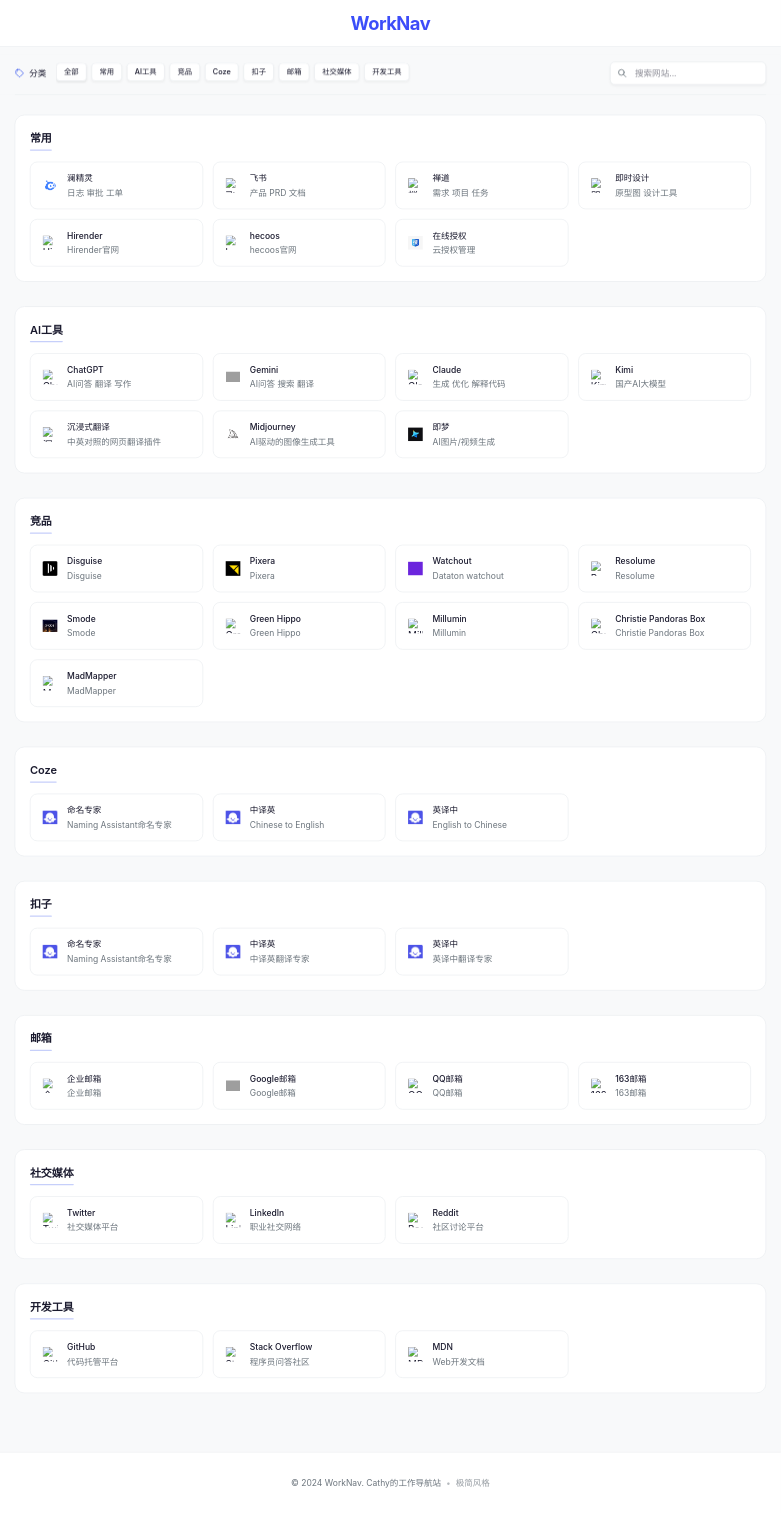
Repository: SweetPomelo0/WorkNav
Page: /
These files come from the project's save history. The page is drawn as it stood at one moment and after the next save; the edit follows.
The browser window is 1280 px wide. The pictures show the whole page, at 61% of full size.
Pictures or frames that could not be fetched are drawn as grey boxes. The project was rebuilt for these pictures with package versions that can differ from the ones it lists, and the page was loaded fresh each time. The framework's server and built-in components were replaced by stand-ins that run in the browser. Also part of the build but not shown: next.config.ts.

Above is the page before, as saved 2025-07-26 23:00:00.

After the next save:
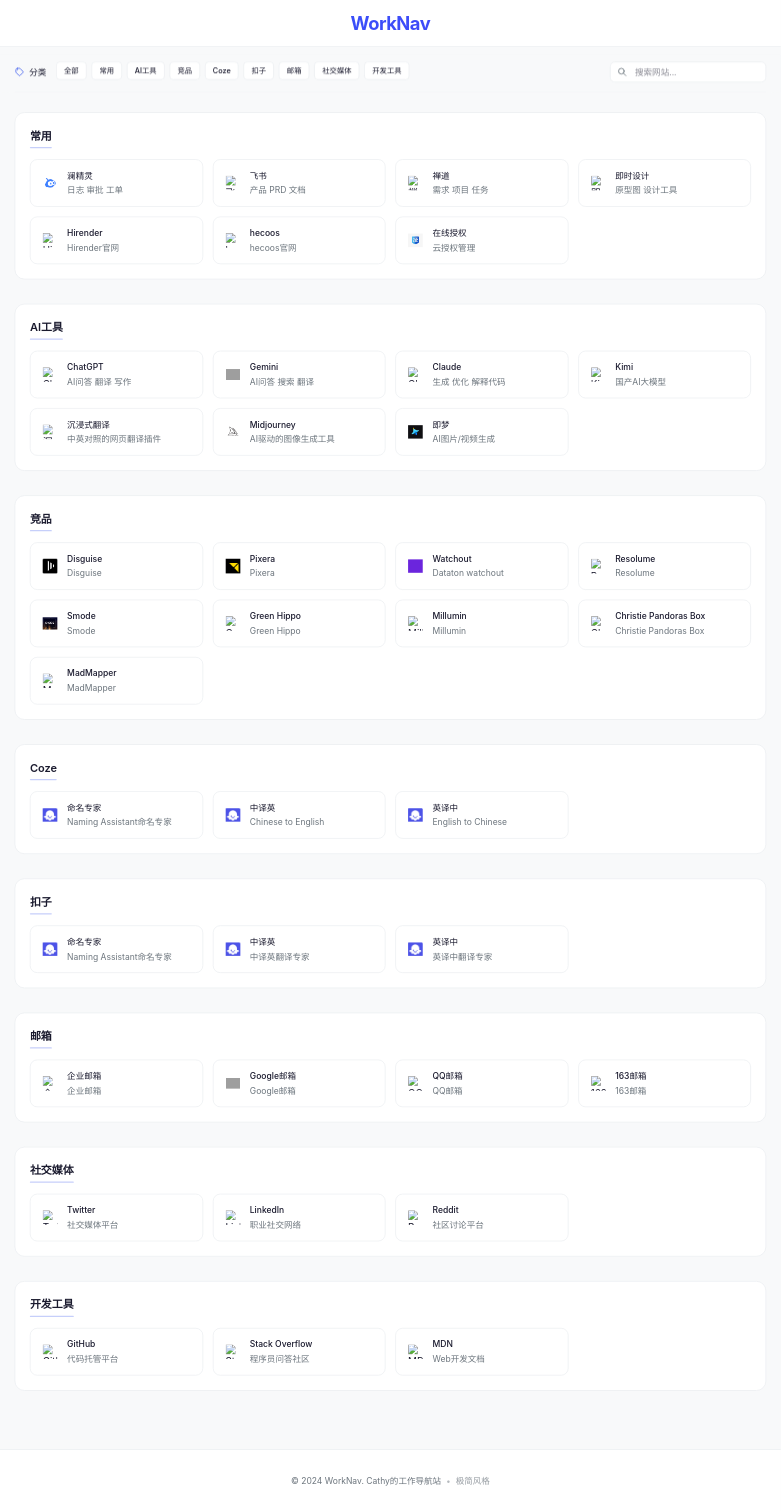
Saved 2 min 22 s later.
--- a/src/app/page.tsx
+++ b/src/app/page.tsx
@@ -132,7 +132,6 @@
                 style={{
                   background: (selectedCategory === "全部" && !isInitialLoad) ? 'var(--accent)' : 'var(--card-bg)',
                   border: '1px solid ' + ((selectedCategory === "全部" && !isInitialLoad) ? 'var(--accent)' : 'var(--card-border)'),
-                  boxShadow: '0 2px 4px rgba(0,0,0,0.1)',
                   color: (selectedCategory === "全部" && !isInitialLoad) ? 'white' : 'var(--text-primary)'
                 }}
               >
@@ -155,7 +154,6 @@
                   style={{
                     background: selectedCategory === category.title ? 'var(--accent)' : 'var(--card-bg)',
                     border: '1px solid ' + (selectedCategory === category.title ? 'var(--accent)' : 'var(--card-border)'),
-                    boxShadow: '0 2px 4px rgba(0,0,0,0.05)',
                     color: selectedCategory === category.title ? 'white' : 'var(--text-primary)'
                   }}
                 >
@@ -196,12 +194,12 @@
                       setIsInitialLoad(false);
                     }
                   }}
-                  className="w-64 pl-10 pr-4 py-2 text-sm rounded-lg border transition-all duration-200 focus:outline-none focus:ring-2 focus:ring-opacity-50"
+                  className="w-64 pl-10 pr-4 text-sm rounded-lg border transition-all duration-200 focus:outline-none focus:ring-2 focus:ring-opacity-50"
                   style={{
                     background: 'var(--card-bg)',
                     borderColor: 'var(--card-border)',
                     color: 'var(--text-primary)',
-                    boxShadow: '0 2px 4px rgba(0,0,0,0.05)'
+                    height: '34px'
                   }}
                   onFocus={(e) => {
                     e.target.style.borderColor = 'var(--accent)';
